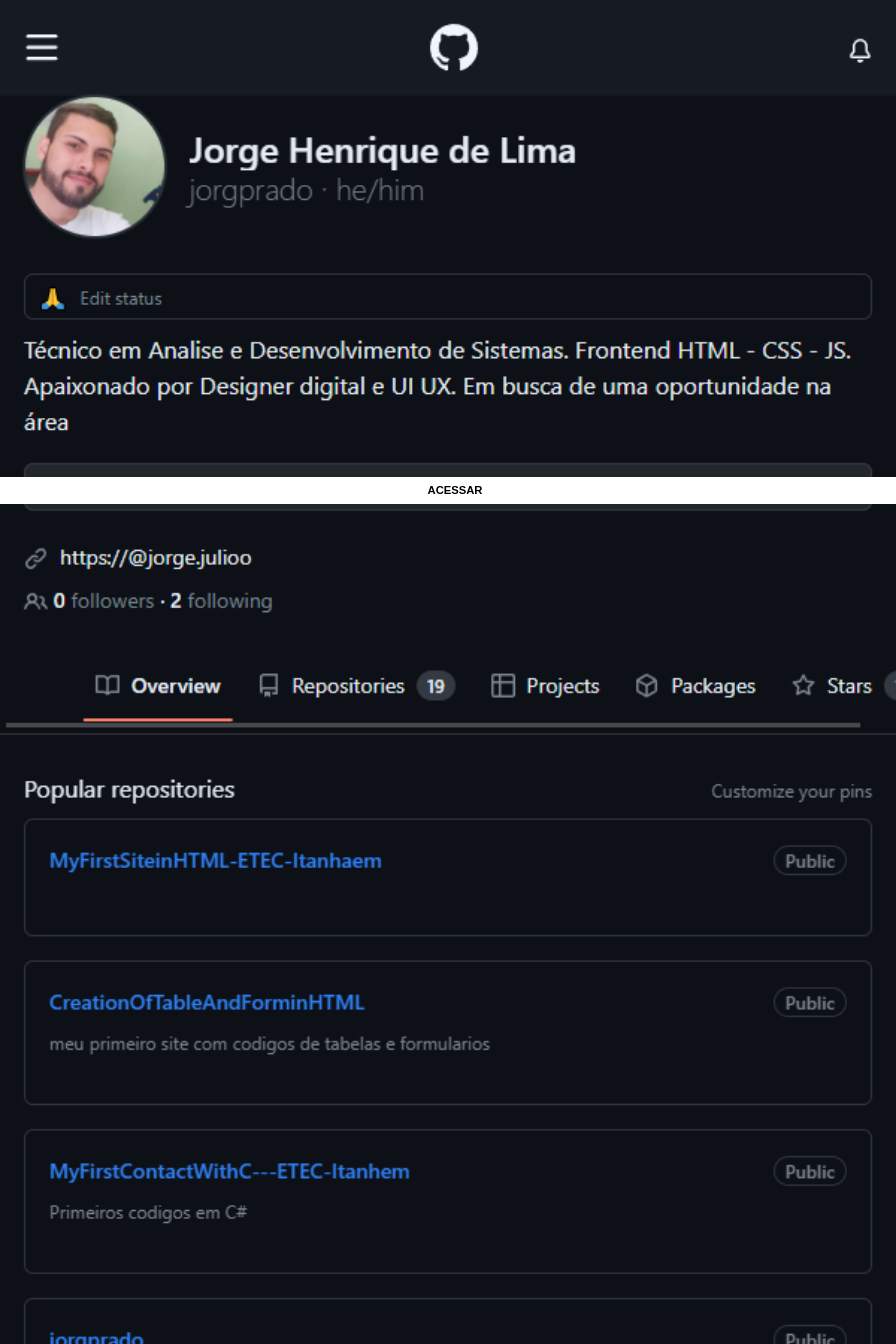
Repository: jorgprado/curso-html-css-Guanabara
Page: exec-pg-social/github.html
These files come from the project's save history. The page is drawn as it stood at one moment and after a run of saves; the edit follows.
The browser window is 1280 px wide. The pictures show the part of the page from y = 0 to 1920 px (the page is 4670 px tall), at 70% of full size.
The pointer rests on the first visible `a.git`.

Above is the page before, as saved 2023-05-24 12:16:34.

After the next 2 saves:
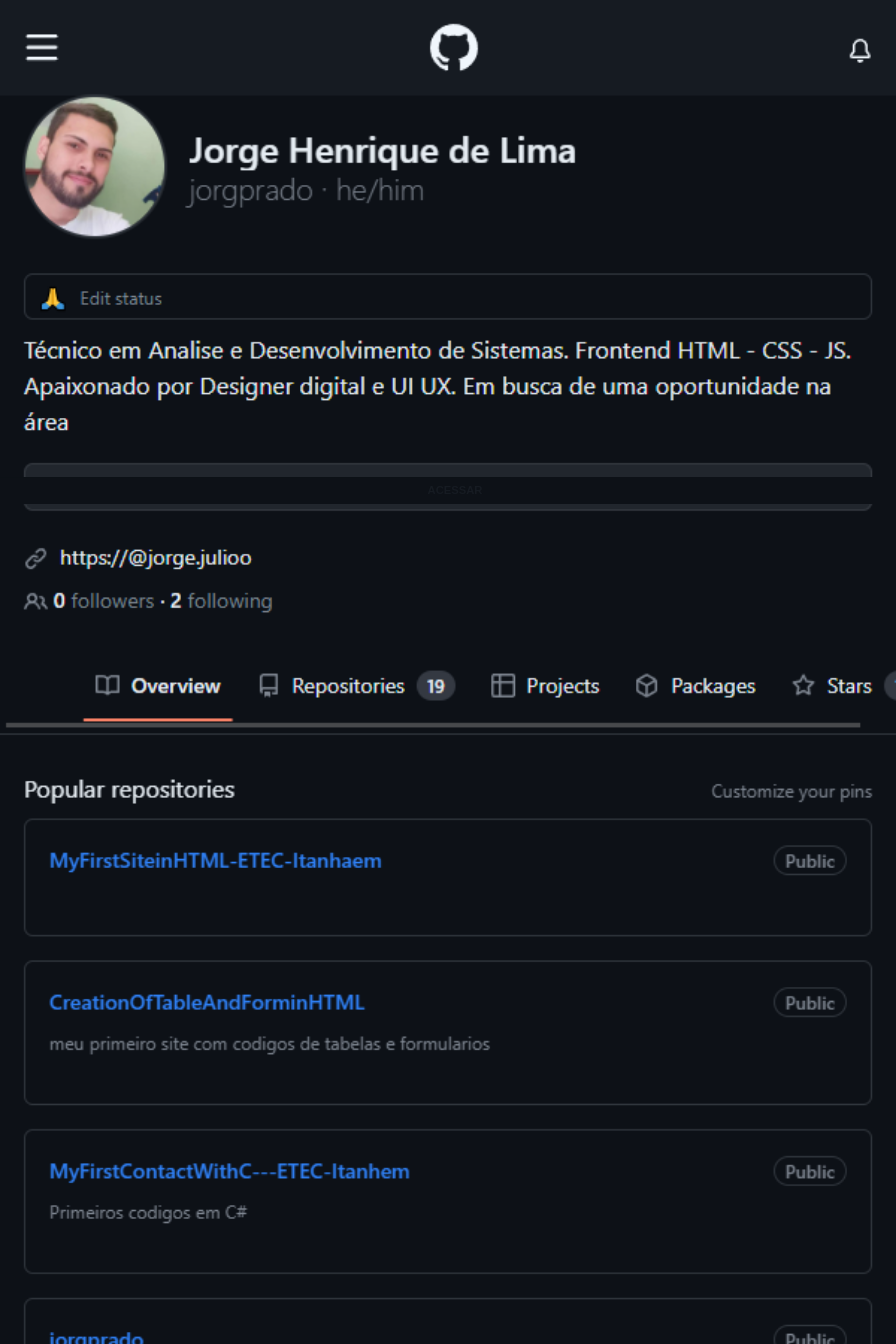
The 2 saves are shown as one change because they came seconds apart.
The last was saved 9 s later.
--- a/exec-pg-social/estilo/social.css
+++ b/exec-pg-social/estilo/social.css
@@ -68,7 +68,7 @@
 }
 
 a.git:hover{
-    background-color: white;
-    color:black;
+    background-color: 161B22;
+    color:0D1117;
     transition: ease-in 500ms;
 }
